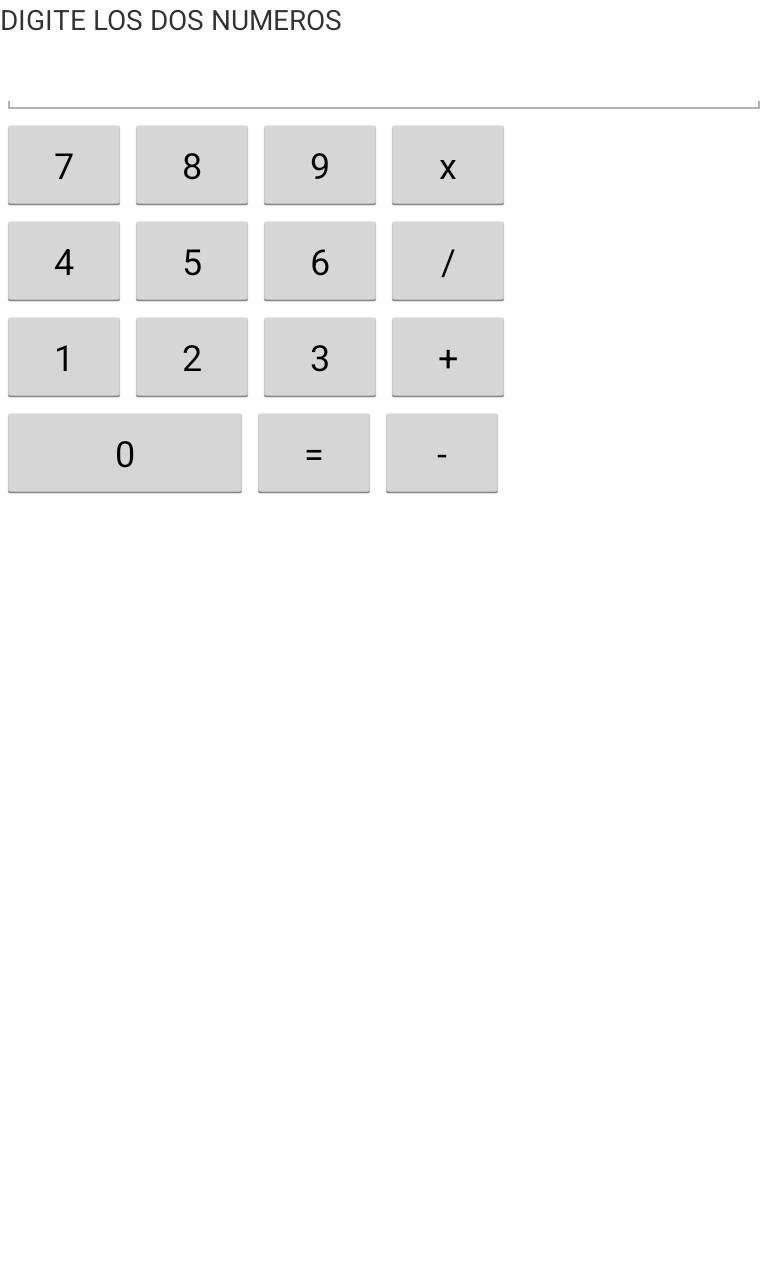
Repository: betini/Javaprojects
Layout: calculadora/res/layout/activity_main.xml
The author's editor kept a copy of each file at every save. The layout is drawn from the files as they stood at one save, then again after the next save.
It is drawn on a 768 x 1280 px phone screen (xhdpi) without system bars, with theme AppTheme; the app's code is not run.

Above is the layout before, as saved 2013-08-23 00:15:18.

### calculadora/res/layout/activity_main.xml
<LinearLayout
    android:layout_width="wrap_content"
    android:layout_height="wrap_content"
    xmlns:android="http://schemas.android.com/apk/res/android"
    android:orientation="vertical">

    <TextView
        android:id="@+id/aviso"
        android:layout_width="wrap_content"
        android:layout_height="wrap_content"
        android:text="DIGITE LOS DOS NUMEROS" />

    <EditText
        android:id="@+id/dato1"
        android:layout_width="match_parent"
        android:layout_height="wrap_content" >
    </EditText>


    <LinearLayout
    android:layout_width="wrap_content"
    android:layout_height="wrap_content"
    android:orientation="horizontal">

        <Button
        android:layout_width="wrap_content"
        android:layout_height="wrap_content"
        android:onClick="siete"
        android:text="7" />

    <Button
        android:layout_width="wrap_content"
        android:layout_height="wrap_content"
        android:onClick="ocho"
        android:text="8" />

    <Button
        android:layout_width="wrap_content"
        android:layout_height="wrap_content"
        android:onClick="nueve"
        android:text="9" />

    <Button
        android:layout_width="wrap_content"
        android:layout_height="wrap_content"
        android:onClick="multiplica"
        android:text="x" />
    </LinearLayout>

        <LinearLayout
    android:layout_width="wrap_content"
    android:layout_height="wrap_content"
    android:orientation="horizontal">
    <Button
        android:layout_width="wrap_content"
        android:layout_height="wrap_content"
        android:onClick="cuatro"
        android:text="4" />

    <Button
        android:layout_width="wrap_content"
        android:layout_height="wrap_content"
        android:onClick="cinco"
        android:text="5" />

    <Button
        android:layout_width="wrap_content"
        android:layout_height="wrap_content"
        android:onClick="seis"
        android:text="6" />

    <Button
        android:layout_width="wrap_content"
        android:layout_height="wrap_content"
        android:onClick="divide"
        android:text="/" />
    </LinearLayout>

     <LinearLayout
    android:layout_width="wrap_content"
    android:layout_height="wrap_content"
    android:orientation="horizontal">
    <Button
        android:layout_width="wrap_content"
        android:layout_height="wrap_content"
        android:onClick="uno"
        android:text="1" />

    <Button
        android:layout_width="wrap_content"
        android:layout_height="wrap_content"
        android:onClick="dos"
        android:text="2" />

    <Button
        android:layout_width="wrap_content"
        android:layout_height="wrap_content"
        android:onClick="tres"
        android:text="3" />

    <Button
        android:layout_width="wrap_content"
        android:layout_height="wrap_content"
        android:onClick="suma"
        android:text="+" />
    </LinearLayout>
    <LinearLayout
    android:layout_width="wrap_content"
    android:layout_height="wrap_content"
    android:orientation="horizontal">

    <Button
        android:layout_width="125dp"
        android:layout_height="wrap_content"
        android:onClick="cero"
        android:text="0" />

    <Button
        android:layout_width="wrap_content"
        android:layout_height="wrap_content"
        android:onClick="resultado"
        android:text="=" />

    <Button
        android:layout_width="wrap_content"
        android:layout_height="wrap_content"
        android:onClick="resta"
        android:text="-" />

    </LinearLayout>
    </LinearLayout>

Loaded but not shown: calculadora/res/values/styles.xml (common file); calculadora/res/values-v11/styles.xml (common file); calculadora/res/values-v14/styles.xml (common file)

After the next save:
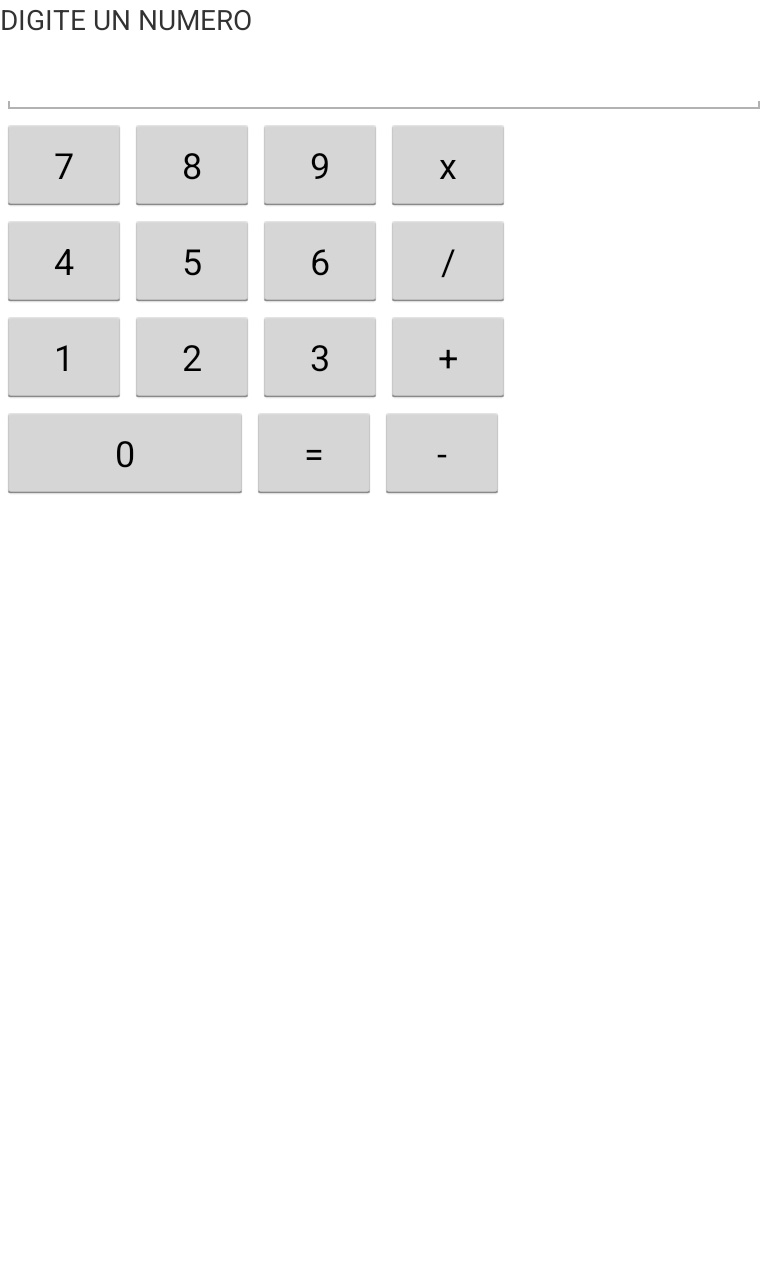
Saved 15 min 54 s later.
--- a/calculadora/res/layout/activity_main.xml
+++ b/calculadora/res/layout/activity_main.xml
@@ -8,7 +8,7 @@
         android:id="@+id/aviso"
         android:layout_width="wrap_content"
         android:layout_height="wrap_content"
-        android:text="DIGITE LOS DOS NUMEROS" />
+        android:text="DIGITE UN NUMERO" />
 
     <EditText
         android:id="@+id/dato1"
@@ -118,7 +118,7 @@
     <Button
         android:layout_width="wrap_content"
         android:layout_height="wrap_content"
-        android:onClick="resultado"
+        android:onClick="igual"
         android:text="=" />
 
     <Button
